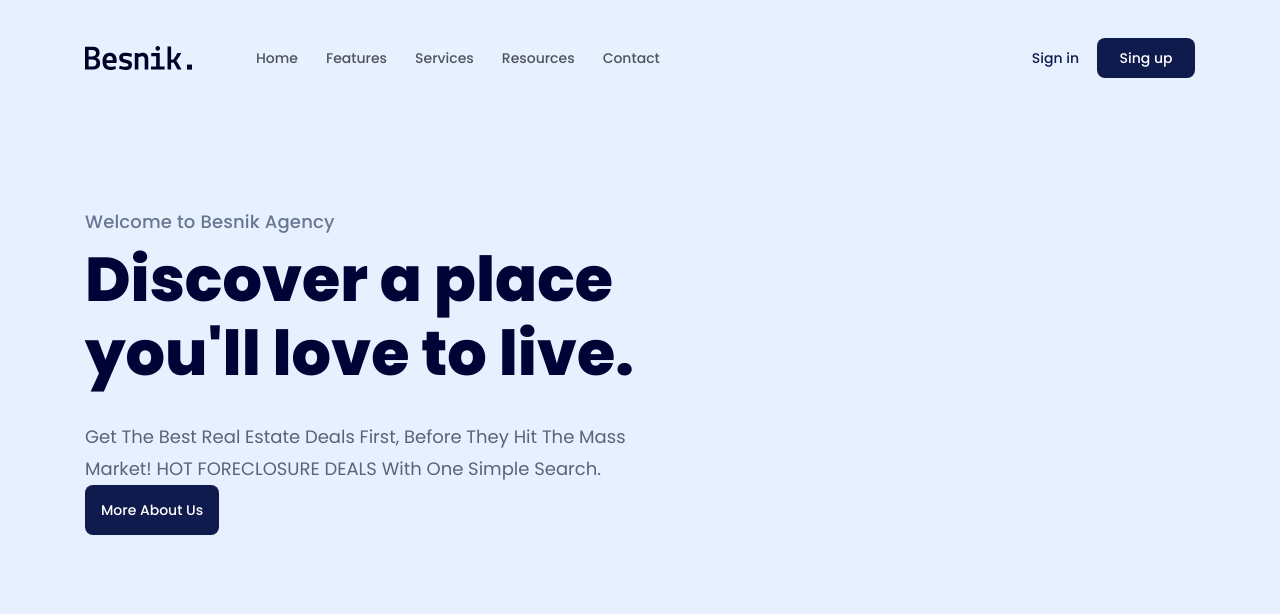
Repository: anhtien111198/f8-htmlcss-01
Page: index.html
The author's editor kept a copy of each file at every save. The page is drawn from the files as they stood at one save, then again after the next save.
The browser window is 1280 px wide. The pictures show the whole page.

Above is the page before, as saved 2023-04-29 15:56:00.

After the next save:
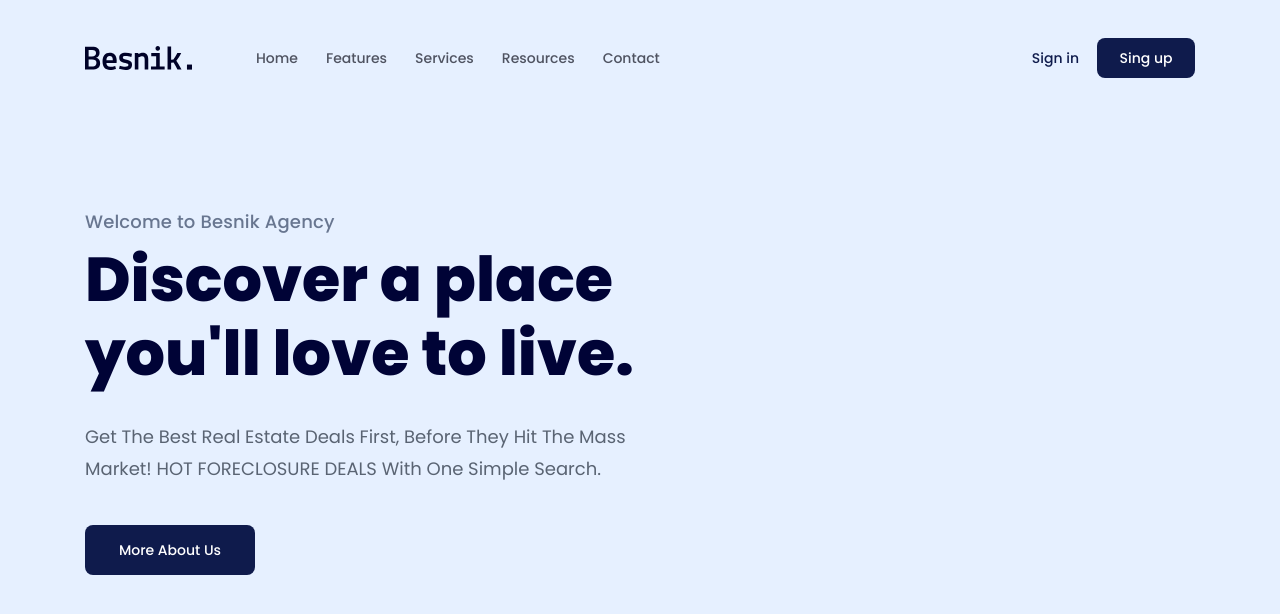
Saved 30 s later.
--- a/assets/css/styles.css
+++ b/assets/css/styles.css
@@ -101,3 +101,7 @@
     text-transform: capitalize;
     color: #5a6473;
 }
+.hero-cta {
+    min-width: 170px;
+    margin-top: 40px;
+}
